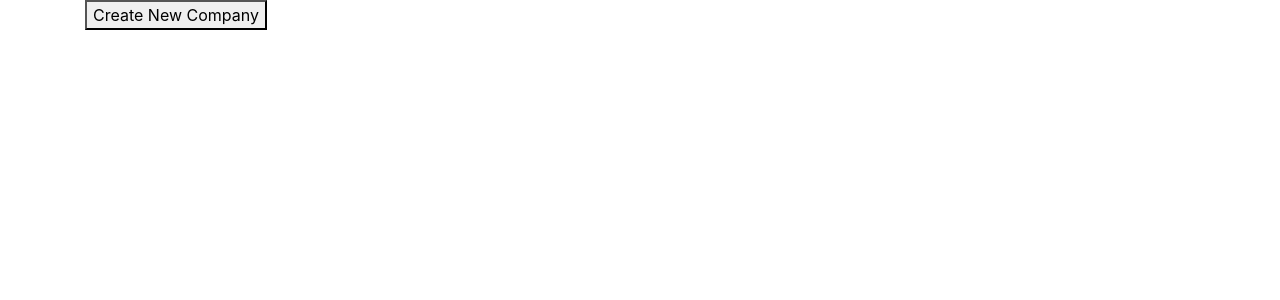
Repository: motiejus1/16-paskaita-PHP-05.31
Page: http://localhost/companies.php
The author's editor kept a copy of each file at every save. The page is drawn from the files as they stood at one save, then again after a run of saves.
The browser window is 1280 px wide. The pictures show the whole page.
Some web libraries are served in a nearby version. The page is run by PHP 8.4 with error messages shown; the project is at /var/www/html/. Queries for data that is not in the repository find no rows.

Above is the page before, as saved 2021-09-09 20:55:06.

After the next 3 saves:
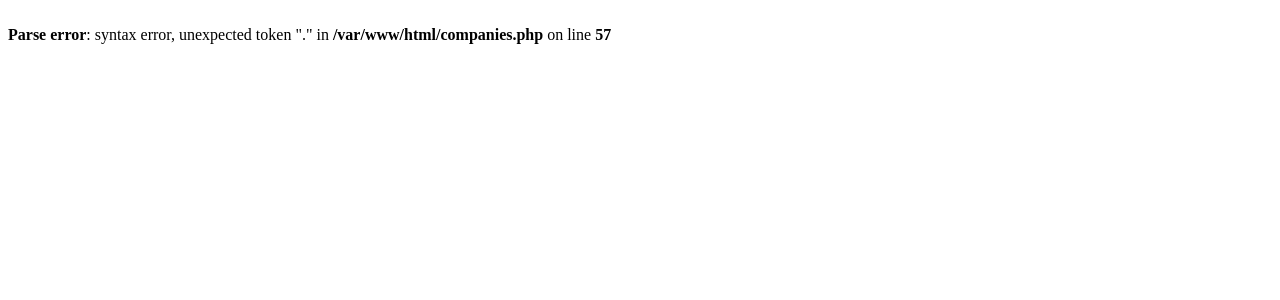
The 3 saves are shown as one change because they came seconds apart.
The last was saved 34 s later.
--- a/companies.php
+++ b/companies.php
@@ -54,7 +54,7 @@
                         echo "<td>".$companies["imones_tipas_pavadinimas"]."</td>";
                         echo "<td>".$companies["imones_tipas_aprasymas"]."</td>";
                         echo "<td>";
-                            "<button class='deleteCompany' data-company-id='' >Delete</button>";
+                            "<button class='deleteCompany' data-company-id='".."' >Delete</button>";
                         echo "</td>";
 
                     echo "</tr>";

After the save that followed:
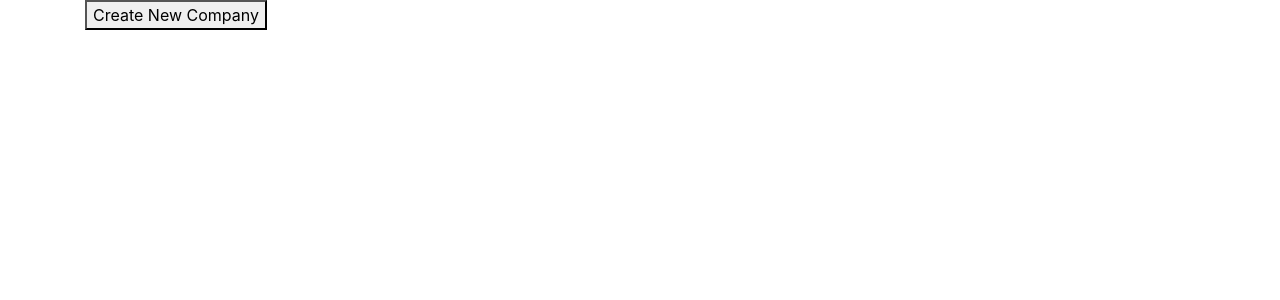
Saved 6 s later.
--- a/companies.php
+++ b/companies.php
@@ -54,7 +54,7 @@
                         echo "<td>".$companies["imones_tipas_pavadinimas"]."</td>";
                         echo "<td>".$companies["imones_tipas_aprasymas"]."</td>";
                         echo "<td>";
-                            "<button class='deleteCompany' data-company-id='".."' >Delete</button>";
+                            "<button class='deleteCompany' data-company-id='".$companies["ID"]."' >Delete</button>";
                         echo "</td>";
 
                     echo "</tr>";
